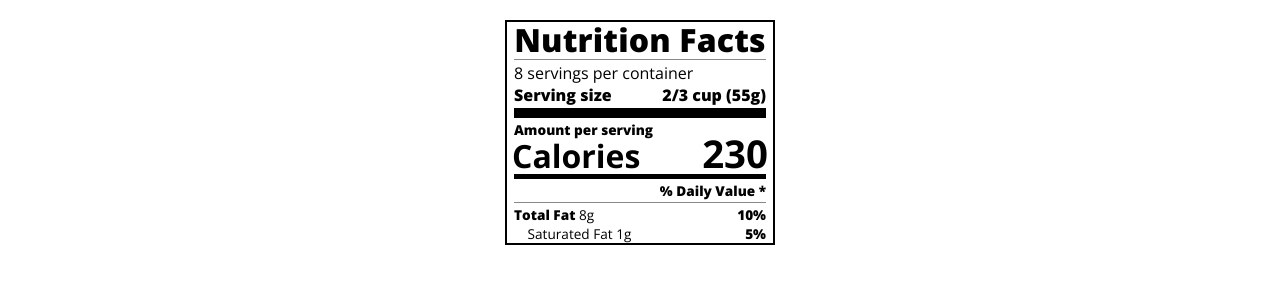
Repository: AimenDje/NutritionLabel
Page: index.html
An editor plug-in stored every save of this project. The page is shown before and after the next save, followed by the edit.
The browser window is 1280 px wide. The pictures show the whole page.

Above is the page before, as saved 2025-08-30 22:47:19.

After the next save:
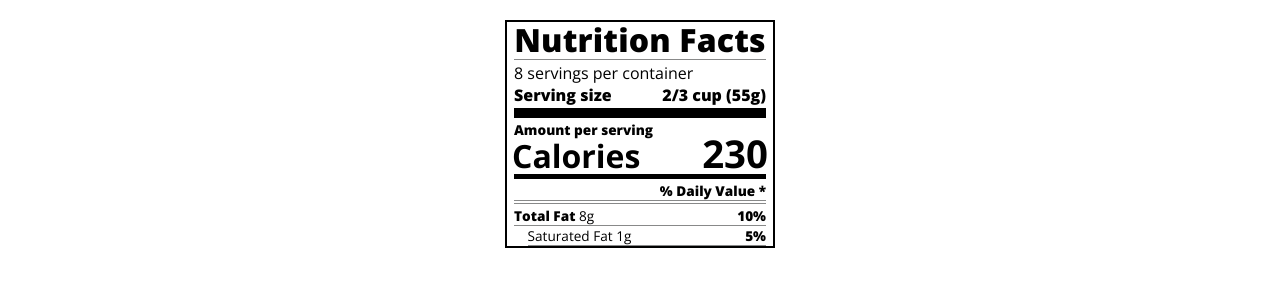
Saved 52 s later.
--- a/styles.css
+++ b/styles.css
@@ -84,3 +84,7 @@ p{
 .indent{
   margin-left:1em;
 }
+
+.daily-value p{
+  border-bottom: 1px solid #888989 ;
+}
